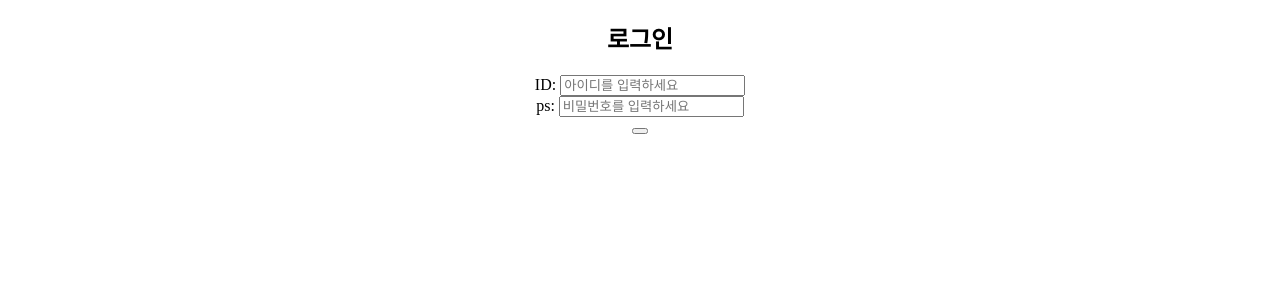
Repository: umhayun/myJSP
Page: HTML/src/main/webapp/login.html
The author's editor kept a copy of each file at every save. The page is drawn from the files as they stood at one save, then again after the next save.
The browser window is 1280 px wide. The pictures show the whole page.

Above is the page before, as saved 2022-01-18 01:12:59.

### HTML/src/main/webapp/login.html
<!DOCTYPE html>
<html>
<head>
<meta charset="UTF-8">
<title>Insert title here</title>
</head>
<body>
<span align=center>
<form>
<h2>로그인</h2>
ID: <input type=text placeholder="아이디를 입력하세요">
<br>
ps: <input type=passward placeholder="비밀번호를 입력하세요">
<br>
<button values="로그인"></button>
</form>
</span>
</body>
</html>

After the next save:
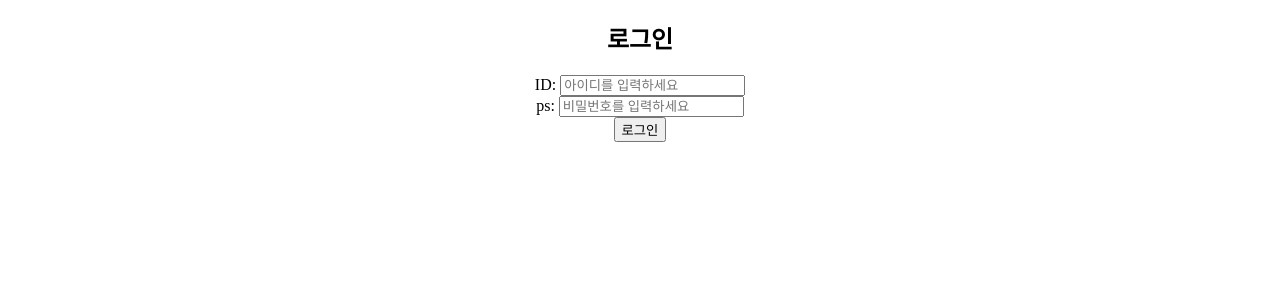
Saved 37 s later.
--- a/HTML/src/main/webapp/login.html
+++ b/HTML/src/main/webapp/login.html
@@ -12,7 +12,7 @@ ID: <input type=text placeholder="아이디를 입력하세요">
 <br>
 ps: <input type=passward placeholder="비밀번호를 입력하세요">
 <br>
-<button values="로그인"></button>
+<input type=submit value="로그인">
 </form>
 </span>
 </body>
